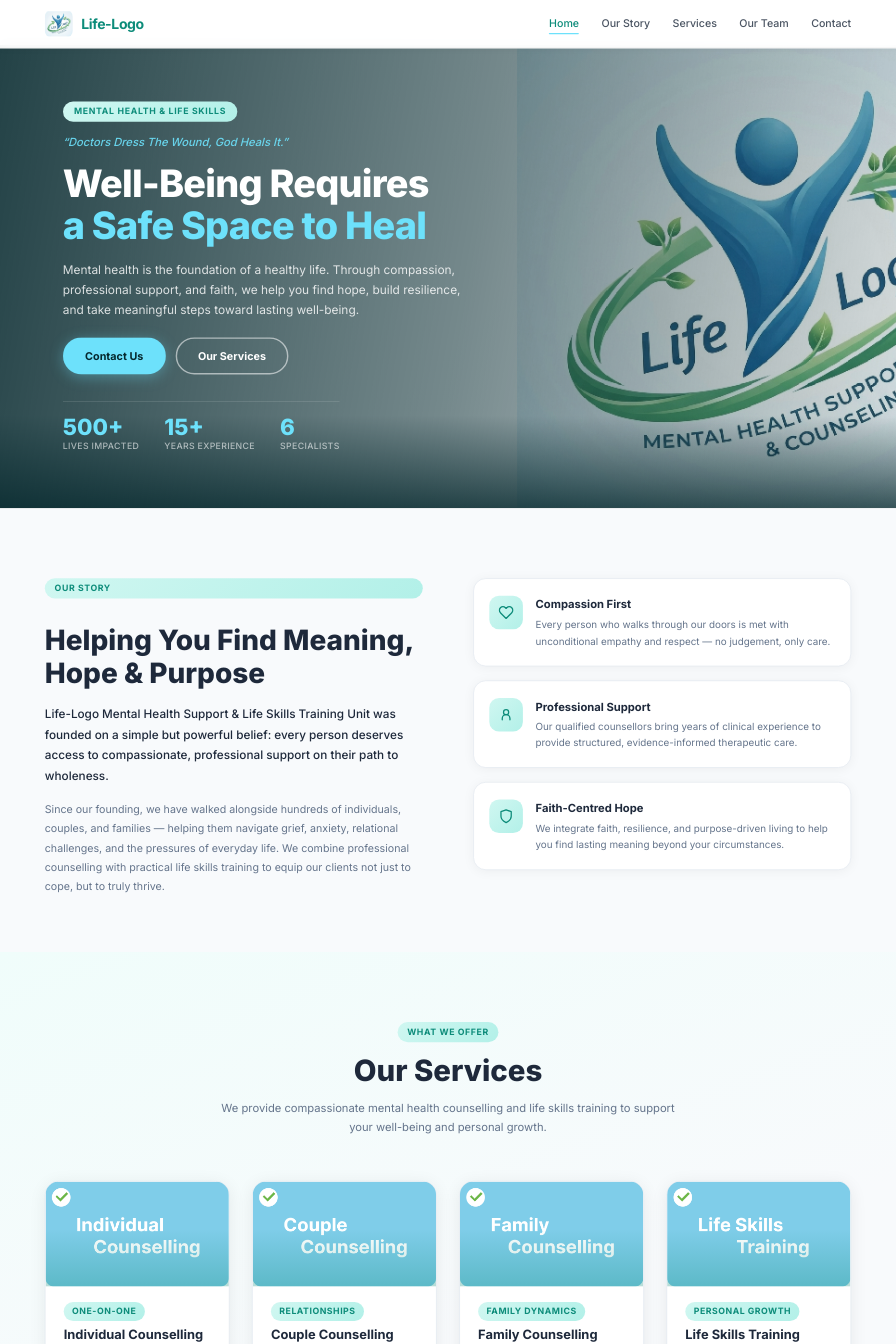
Repository: Tan47s/Lifelogo
Page: /
An editor plug-in stored every save of this project. The page is shown before and after the next save, followed by the edit.
The browser window is 1280 px wide. The pictures show the part of the page from y = 0 to 1920 px (the page is 5558 px tall), at 70% of full size.
The project was rebuilt for these pictures with package versions that can differ from the ones it lists, and the page was loaded fresh each time. Also part of the build but not shown: vite.config.js.

Above is the page before, as saved 2026-08-23 11:23:12.

### index.html
<!doctype html>
<html lang="en">
  <head>
    <meta charset="UTF-8" />
    <link rel="icon" type="image/svg+xml" href="/favicon.svg" />
    <meta name="viewport" content="width=device-width, initial-scale=1.0" />
    <title>Life-Logo | Mental Health Counselling &amp; Life Skills</title>
    <meta name="description" content="Life-Logo Mental Health Support &amp; Life Skills Training Unit — professional counselling, resilience coaching, and compassionate support to help you find meaning, hope, and purpose." />
    <meta property="og:title" content="Life-Logo | Mental Health Counselling &amp; Life Skills" />
    <meta property="og:description" content="Professional counselling and life skills training to support your well-being and personal growth." />
    <meta property="og:type" content="website" />
  </head>
  <body>
    <div id="root"></div>
    <script type="module" src="/src/main.jsx"></script>
  </body>
</html>

### src/main.jsx
import { StrictMode } from 'react'
import { createRoot } from 'react-dom/client'

import { App } from './App.jsx'


createRoot(document.getElementById('root')).render(
  <StrictMode>
    <App />
  </StrictMode>,
)

### src/App.jsx
import React from 'react'
import { Header } from './comp/Header'
import { Herocon } from './comp/Herocon'
import { Contents2 } from './comp/Contents2'
import { Service2 } from './comp/Service2'
import { Counsellors } from './comp/Counsellors'
import { Contact } from './comp/Contact'
import { Footer } from './comp/Footer'

export const App = () => {
  return (
    <div>
      <Header />

      {/* Hero — id: home (owned by Herocon's <section>) */}
      <Herocon />

      {/* Our Story — id: story (owned by Contents2's <section>) */}
      <Contents2 />

      {/* Services — id: services (declared inside Service2's <section>) */}
      <Service2 />

      {/* Our Team — id: team */}
      <Counsellors />

      {/* Contact — id: contact */}
      <Contact />

      {/* Footer */}
      <Footer />
    </div>
  )
}

### src/comp/Herocon.jsx
import './herocon.css'
import Hero from '../assets/hero3.jpg'

const stats = [
  { value: '500+', label: 'Lives Impacted' },
  { value: '15+', label: 'Years Experience' },
  { value: '6',   label: 'Specialists' },
]

export const Herocon = () => {
  const scrollTo = (id) => {
    const el = document.getElementById(id)
    if (el) el.scrollIntoView({ behavior: 'smooth' })
  }

  return (
    <section
      id="home"
      className="hero-section"
      style={{ backgroundImage: `url(${Hero})` }}
    >
      {/* layered overlay */}
      <div className="hero-overlay" />

      <div className="hero-content">
        {/* eyebrow badge */}
        <span className="hero-badge">Mental Health &amp; Life Skills</span>

        {/* quote */}
        <p className="hero-quote">
          &ldquo;Doctors Dress The Wound, God Heals It.&rdquo;
        </p>

        {/* headline */}
        <h1 className="hero-headline">
          Well-Being Requires<br />
          <span className="hero-headline-accent">a Safe Space to Heal</span>
        </h1>

        {/* sub-text */}
        <p className="hero-sub">
          Mental health is the foundation of a healthy life. Through compassion,
          professional support, and faith, we help you find hope, build
          resilience, and take meaningful steps toward lasting well-being.
        </p>

        {/* CTAs */}
        <div className="hero-ctas">
          <button
            id="hero-contact-btn"
            className="hero-btn hero-btn--primary"
            onClick={() => scrollTo('contact')}
          >
            Contact Us
          </button>
          <button
            id="hero-services-btn"
            className="hero-btn hero-btn--ghost"
            onClick={() => scrollTo('services')}
          >
            Our Services
          </button>
        </div>

        {/* Stats strip */}
        <div className="hero-stats">
          {stats.map((s, i) => (
            <div className="hero-stat" key={i}>
              <span className="hero-stat-value">{s.value}</span>
              <span className="hero-stat-label">{s.label}</span>
            </div>
          ))}
        </div>
      </div>
    </section>
  )
}

### src/comp/Service2.jsx
import React from 'react'
import ser1 from '../assets/ser1.png'
import ser2 from '../assets/ser2.png'
import ser3 from '../assets/ser3.png'
import ser4 from '../assets/ser4.png'
import './Service2.css'

const services = [
  {
    img: ser1,
    title: 'Individual Counselling',
    tag: 'One-on-One',
    desc: 'A private, confidential space where you can explore personal challenges, process emotions, and develop healthier coping strategies with the guidance of a qualified counsellor.',
  },
  {
    img: ser2,
    title: 'Couple Counselling',
    tag: 'Relationships',
    desc: 'Helping couples navigate conflict, rebuild trust, and strengthen communication so they can grow together in a healthy, supportive partnership.',
  },
  {
    img: ser3,
    title: 'Family Counselling',
    tag: 'Family Dynamics',
    desc: 'We work with families to address relational tensions, improve understanding, and foster a home environment rooted in compassion and mutual respect.',
  },
  {
    img: ser4,
    title: 'Life Skills Training',
    tag: 'Personal Growth',
    desc: 'Practical workshops and coaching sessions that equip you with tools for resilience, emotional regulation, goal-setting, and purposeful living.',
  },
]

export const Service2 = () => {
  return (
    <section id="services" className="services-section">
      {/* Section Header */}
      <div className="services-header">
        <span className="section-badge">What We Offer</span>
        <h2>Our Services</h2>
        <p className="services-subtitle">
          We provide compassionate mental health counselling and life skills
          training to support your well-being and personal growth.
        </p>
      </div>

      {/* Cards Grid */}
      <div className="services-grid">
        {services.map((s, i) => (
          <div className="service-card" key={i}>
            <div className="service-img-wrap">
              <img src={s.img} alt={s.title} className="service-img" />
              <div className="service-img-overlay" />
            </div>
            <div className="service-info">
              <span className="service-tag">{s.tag}</span>
              <h3>{s.title}</h3>
              <p>{s.desc}</p>
            </div>
          </div>
        ))}
      </div>
    </section>
  )
}

### src/comp/Footer.jsx
import React from 'react'
import './Footer.css'
import logo from '../assets/logo.png'

export const Footer = () => {
  const year = new Date().getFullYear()

  const scrollTo = (id) => {
    const el = document.getElementById(id)
    if (el) el.scrollIntoView({ behavior: 'smooth' })
  }

  return (
    <footer className="footer">
      <div className="footer-inner">

        {/* Brand Column */}
        <div className="footer-brand">
          <div className="footer-logo-row">
            <img src={logo} alt="Life-Logo" className="footer-logo" />
            <span className="footer-name">Life-Logo</span>
          </div>
          <p className="footer-tagline">
            Mental Health Support &amp; Life Skills Training Unit — helping
            people discover meaning, hope, and purpose.
          </p>
        </div>

        {/* Quick Links */}
        <div className="footer-col">
          <h4>Quick Links</h4>
          <ul>
            {[
              { label: 'Home',        id: 'home' },
              { label: 'Our Story',   id: 'story' },
              { label: 'Services',    id: 'services' },
              { label: 'Our Team',    id: 'team' },
              { label: 'Contact',     id: 'contact' },
            ].map((l) => (
              <li key={l.id}>
                <button onClick={() => scrollTo(l.id)} className="footer-link">
                  {l.label}
                </button>
              </li>
            ))}
          </ul>
        </div>

        {/* Contact Column */}
        <div className="footer-col">
          <h4>Contact</h4>
          <ul className="footer-contact-list">
            <li>
              <span className="fc-icon">📍</span>
              House-19, Road-14, Sector-13, Uttara, Dhaka-1230, Bangladesh.
            </li>
            <li>
              <span className="fc-icon">📞</span>
              <a href="tel:+8801616190907">+8801616190907</a>
            </li>
            <li>
              <span className="fc-icon">✉️</span>
              <a href="mailto:lifelogo111@gmail.com">lifelogo111@gmail.com</a>
            </li>
            <li>
              <span className="fc-icon">💬</span>
              <a href="https://wa.me/233244567890" target="_blank" rel="noopener noreferrer">
                WhatsApp Us
              </a>
            </li>
          </ul>
        </div>

      </div>

      {/* Bottom Bar */}
      <div className="footer-bottom">
        <p>&copy; {year} Life-Logo Mental Health &amp; Life Skills. All rights reserved.</p>
        <p className="footer-note">Built with compassion 💚</p>
      </div>
    </footer>
  )
}

### src/Index.css

@import url('https://fonts.googleapis.com/css2?family=Inter:wght@100..900&display=swap');

:root {
  /* Brand */
  --primary: #6de1fb;        /* Teal from header */
  --primary-light: #02ff78;


  /* Logo greens */
  --green: #22C55E;
  --green-light: #DCFCE7;

  /* Blue accent */
  --blue: #38BDF8;
  --blue-light: #E0F2FE;

  /* Backgrounds */
  --background: #F8FAFC;
  --surface: #FFFFFF;

  /* Text */
  --text: #1E293B;
  --text-muted: #64748B;

  /* Borders */
  --border: #E2E8F0;
}

* {
  margin: 0;
  padding: 0;
  box-sizing: border-box;
  font-family: "Inter", sans-serif;
}

h1{
    font-weight: 800;
}

p{
    font-weight: 400;
}

### src/comp/herocon.css
/* ============================================================
   HERO SECTION
   ============================================================ */

.hero-section {
  position: relative;
  margin-top: 64px;           /* clears fixed header */
  width: 100%;
  min-height: 92vh;
  background-size: cover;
  background-position: center top;
  background-repeat: no-repeat;
  display: flex;
  align-items: flex-end;      /* content sits in lower half */
  padding: 0 7% 80px;
  box-sizing: border-box;
  overflow: hidden;
}

/* ---- Multi-layer overlay ---- */
.hero-overlay {
  position: absolute;
  inset: 0;
  /* left-to-right: dark teal → transparent, plus bottom vignette */
  background:
    linear-gradient(100deg, rgba(5, 40, 45, 0.88) 0%, rgba(5, 40, 45, 0.55) 52%, rgba(5, 40, 45, 0.15) 100%),
    linear-gradient(to top, rgba(5, 40, 45, 0.75) 0%, transparent 20%);
  pointer-events: none;
}

/* ---- Content column ---- */
.hero-content {
  position: relative;
  z-index: 2;
  display: flex;
  flex-direction: column;
  align-items: flex-start;
  gap: 18px;
  max-width: 680px;
}

/* ---- Eyebrow badge ---- */
.hero-badge {
  display: inline-block;
  background: linear-gradient(135deg, #d0f7f1, #b2f0e8);
  color: #0d8c7a;
  font-size: 0.78rem;
  font-weight: 700;
  letter-spacing: 0.08em;
  text-transform: uppercase;
  padding: 5px 16px;
  border-radius: 999px;
}

/* ---- Quote ---- */
.hero-quote {
  font-size: clamp(13px, 1.4vw, 16px);
  color: rgba(109, 225, 251, 0.9);
  font-style: italic;
  font-weight: 500;
  margin: 0;
  line-height: 1.4;
}

/* ---- Headline ---- */
.hero-headline {
  font-size: clamp(30px, 5vw, 54px);
  font-weight: 800;
  color: #ffffff;
  line-height: 1.12;
  margin: 0;
  letter-spacing: -0.02em;
}

.hero-headline-accent {
  color: var(--primary);      /* teal #6de1fb */
}

/* ---- Sub-text ---- */
.hero-sub {
  font-size: clamp(14px, 1.4vw, 17px);
  color: rgba(255, 255, 255, 0.82);
  line-height: 1.7;
  margin: 0;
  max-width: 580px;
}

/* ---- CTAs ---- */
.hero-ctas {
  display: flex;
  flex-wrap: wrap;
  gap: 14px;
  margin-top: 6px;
}

.hero-btn {
  padding: 13px 30px;
  border-radius: 999px;
  font-size: clamp(14px, 1.2vw, 16px);
  font-weight: 700;
  cursor: pointer;
  font-family: inherit;
  transition: transform 0.2s ease, box-shadow 0.2s ease, background 0.2s ease;
  border: 2px solid transparent;
}

.hero-btn--primary {
  background: var(--primary);
  color: #05282d;
  box-shadow: 0 4px 20px rgba(109, 225, 251, 0.35);
}

.hero-btn--primary:hover {
  transform: translateY(-3px);
  box-shadow: 0 8px 30px rgba(109, 225, 251, 0.5);
}

.hero-btn--ghost {
  background: transparent;
  color: #ffffff;
  border-color: rgba(255, 255, 255, 0.55);
}

.hero-btn--ghost:hover {
  background: rgba(255, 255, 255, 0.1);
  border-color: #ffffff;
  transform: translateY(-3px);
}

/* ---- Stats strip ---- */
.hero-stats {
  display: flex;
  gap: 36px;
  margin-top: 20px;
  padding-top: 20px;
  border-top: 1px solid rgba(255, 255, 255, 0.15);
  flex-wrap: wrap;
}

.hero-stat {
  display: flex;
  flex-direction: column;
  gap: 2px;
}

.hero-stat-value {
  font-size: clamp(22px, 3vw, 32px);
  font-weight: 800;
  color: var(--primary);
  line-height: 1;
}

.hero-stat-label {
  font-size: 0.78rem;
  color: rgba(255, 255, 255, 0.6);
  font-weight: 500;
  letter-spacing: 0.04em;
  text-transform: uppercase;
}

/* ---- Responsive ---- */
@media (max-width: 768px) {
  .hero-section {
    padding: 0 6% 60px;
    min-height: 100vh;
    align-items: flex-end;
  }

  .hero-content {
    max-width: 100%;
  }

  .hero-ctas {
    width: 100%;
  }

  .hero-btn {
    flex: 1 1 140px;
    text-align: center;
  }

  .hero-stats {
    gap: 24px;
  }
}

### src/comp/Contents2.css
/* ============================================================
   OUR STORY SECTION
   ============================================================ */

.story-section {
  padding: 100px 5% 80px;
  background: var(--background);   /* #F8FAFC — same as Counsellors */
}

/* ---- Two-column inner wrapper ---- */
.story-inner {
  display: grid;
  grid-template-columns: 1fr 1fr;
  gap: 72px;
  max-width: 1200px;
  margin: 0 auto;
  align-items: start;
}

/* ========== LEFT: text column ========== */
.story-text {
  display: flex;
  flex-direction: column;
  gap: 20px;
}

.story-text h2 {
  font-size: clamp(26px, 3.5vw, 40px);
  font-weight: 800;
  color: var(--text);
  line-height: 1.18;
  margin: 0;
}

.story-lead {
  font-size: 1.05rem;
  color: var(--text);
  font-weight: 500;
  line-height: 1.75;
  margin: 0;
}

.story-body {
  font-size: 0.95rem;
  color: var(--text-muted);
  line-height: 1.8;
  margin: 0;
}

/* ========== RIGHT: pillars column ========== */
.story-pillars {
  display: flex;
  flex-direction: column;
  gap: 20px;
}

/* ---- Single pillar card ---- */
.story-pillar {
  display: flex;
  align-items: flex-start;
  gap: 18px;
  background: var(--surface);
  border: 1px solid var(--border);
  border-radius: 18px;
  padding: 24px 22px;
  box-shadow: 0 2px 16px rgba(0, 0, 0, 0.05);
  transition: transform 0.25s ease, box-shadow 0.25s ease;
}

.story-pillar:hover {
  transform: translateY(-4px);
  box-shadow: 0 8px 32px rgba(109, 225, 251, 0.18);
}

/* ---- Icon bubble ---- */
.pillar-icon {
  flex-shrink: 0;
  width: 48px;
  height: 48px;
  border-radius: 14px;
  background: linear-gradient(135deg, #d0f7f1, #b2f0e8);
  display: flex;
  align-items: center;
  justify-content: center;
  color: #0d8c7a;
}

.pillar-icon svg {
  width: 22px;
  height: 22px;
}

/* ---- Pillar text ---- */
.pillar-body {
  display: flex;
  flex-direction: column;
  gap: 5px;
}

.pillar-body h4 {
  font-size: 1rem;
  font-weight: 700;
  color: var(--text);
  margin: 0;
}

.pillar-body p {
  font-size: 0.88rem;
  color: var(--text-muted);
  line-height: 1.65;
  margin: 0;
}

/* ---- Responsive ---- */
@media (max-width: 860px) {
  .story-inner {
    grid-template-columns: 1fr;
    gap: 48px;
  }
}

@media (max-width: 640px) {
  .story-section {
    padding: 70px 5% 60px;
  }
}

### src/comp/Service2.css
/* ============================================================
   SERVICES SECTION  —  mirrors Counsellors card style
   ============================================================ */

.services-section {
  padding: 100px 5% 80px;
  background: linear-gradient(160deg, #f0fdfb 0%, #f8fafc 60%);
}

/* --- Header --- */
.services-header {
  text-align: center;
  max-width: 660px;
  margin: 0 auto 64px;
}

.services-header h2 {
  font-size: clamp(28px, 4vw, 42px);
  font-weight: 800;
  color: var(--text);
  margin-bottom: 16px;
  line-height: 1.15;
}

.services-subtitle {
  font-size: 1rem;
  color: var(--text-muted);
  line-height: 1.7;
}

/* --- Grid --- */
.services-grid {
  display: grid;
  grid-template-columns: repeat(auto-fit, minmax(260px, 1fr));
  gap: 32px;
  max-width: 1200px;
  margin: 0 auto;
}

/* --- Card --- */
.service-card {
  background: var(--surface);
  border-radius: 20px;
  overflow: hidden;
  box-shadow: 0 4px 24px rgba(0, 0, 0, 0.07);
  border: 1px solid var(--border);
  transition: transform 0.3s ease, box-shadow 0.3s ease;
}

.service-card:hover {
  transform: translateY(-8px);
  box-shadow: 0 12px 40px rgba(109, 225, 251, 0.25);
}

/* --- Image wrapper --- */
.service-img-wrap {
  position: relative;
  width: 100%;
  height: 150px;
  overflow: hidden;
}

.service-img {
  width: 100%;
  height: 100%;
  object-fit: cover;
  object-position: center;
  transition: transform 0.4s ease;
}

.service-card:hover .service-img {
  transform: scale(1.05);
}

.service-img-overlay {
  position: absolute;
  inset: 0;
  background: linear-gradient(to top, rgba(13, 140, 122, 0.3) 0%, transparent 55%);
  pointer-events: none;
}

/* --- Info block --- */
.service-info {
  padding: 22px 26px 28px;
  display: flex;
  flex-direction: column;
  gap: 8px;
}

.service-tag {
  display: inline-block;
  background: linear-gradient(135deg, #d0f7f1, #b2f0e8);
  color: #0d8c7a;
  font-size: 0.78rem;
  font-weight: 700;
  letter-spacing: 0.06em;
  text-transform: uppercase;
  padding: 4px 12px;
  border-radius: 999px;
  align-self: flex-start;
}

.service-info h3 {
  font-size: 1.15rem;
  font-weight: 700;
  color: var(--text);
  margin: 0;
  line-height: 1.3;
}

.service-info p {
  font-size: 0.9rem;
  color: var(--text-muted);
  line-height: 1.75;
  margin: 0;
}

/* --- Responsive --- */
@media (max-width: 640px) {
  .services-section {
    padding: 70px 5% 60px;
  }

  .services-grid {
    grid-template-columns: 1fr;
  }
}

### src/comp/Footer.css
/* ============================================================
   FOOTER
   ============================================================ */

.footer {
  background: linear-gradient(135deg, #0f2027, #203a43, #2c5364);
  color: rgba(255, 255, 255, 0.85);
  padding-top: 64px;
}

.footer-inner {
  max-width: 1100px;
  margin: 0 auto;
  padding: 0 5% 48px;
  display: grid;
  grid-template-columns: 1.6fr 1fr 1.2fr;
  gap: 48px;
}

/* --- Brand Column --- */
.footer-brand {}

.footer-logo-row {
  display: flex;
  align-items: center;
  gap: 12px;
  margin-bottom: 16px;
}

.footer-logo {
  width: 44px;
  height: 44px;
  object-fit: contain;
  border-radius: 10px;
  background: white;
  padding: 3px;
}

.footer-name {
  font-size: 1.3rem;
  font-weight: 800;
  color: var(--primary);
  letter-spacing: -0.02em;
}

.footer-tagline {
  font-size: 0.9rem;
  line-height: 1.7;
  color: rgba(255, 255, 255, 0.6);
  max-width: 300px;
}

/* --- Columns --- */
.footer-col h4 {
  font-size: 0.8rem;
  font-weight: 700;
  letter-spacing: 0.1em;
  text-transform: uppercase;
  color: var(--primary);
  margin-bottom: 18px;
}

.footer-col ul {
  list-style: none;
  padding: 0;
  margin: 0;
  display: flex;
  flex-direction: column;
  gap: 10px;
}

/* Quick links */
.footer-link {
  background: none;
  border: none;
  padding: 0;
  cursor: pointer;
  font-size: 0.9rem;
  color: rgba(255, 255, 255, 0.7);
  text-align: left;
  transition: color 0.2s ease;
  font-family: inherit;
}

.footer-link:hover {
  color: var(--primary);
}

/* Contact list */
.footer-contact-list li {
  display: flex;
  align-items: flex-start;
  gap: 10px;
  font-size: 0.88rem;
  color: rgba(255, 255, 255, 0.7);
  line-height: 1.55;
}

.footer-contact-list a {
  color: rgba(255, 255, 255, 0.7);
  text-decoration: none;
  transition: color 0.2s ease;
}

.footer-contact-list a:hover {
  color: var(--primary);
}

.fc-icon {
  flex-shrink: 0;
  font-size: 1rem;
  margin-top: 1px;
}

/* --- Bottom Bar --- */
.footer-bottom {
  border-top: 1px solid rgba(255, 255, 255, 0.1);
  padding: 20px 5%;
  display: flex;
  align-items: center;
  justify-content: space-between;
  max-width: 100%;
}

.footer-bottom p {
  font-size: 0.82rem;
  color: rgba(255, 255, 255, 0.45);
  margin: 0;
}

.footer-note {
  font-size: 0.82rem;
  color: rgba(255, 255, 255, 0.45);
}

/* --- Responsive --- */
@media (max-width: 860px) {
  .footer-inner {
    grid-template-columns: 1fr 1fr;
  }
  .footer-brand {
    grid-column: span 2;
  }
}

@media (max-width: 540px) {
  .footer-inner {
    grid-template-columns: 1fr;
  }
  .footer-brand {
    grid-column: span 1;
  }
  .footer-bottom {
    flex-direction: column;
    gap: 6px;
    text-align: center;
  }
}

Loaded but not shown: src/comp/Contact.jsx (114 lines, source omitted); src/comp/Counsellors.jsx (101 lines, source omitted); src/App.css (221 lines, source omitted); src/comp/Contact.css (202 lines, source omitted); src/comp/Header.jsx (102 lines, source omitted); src/comp/Contents2.jsx (74 lines, source omitted); src/comp/Counsellors.css (141 lines, source omitted)

After the next save:
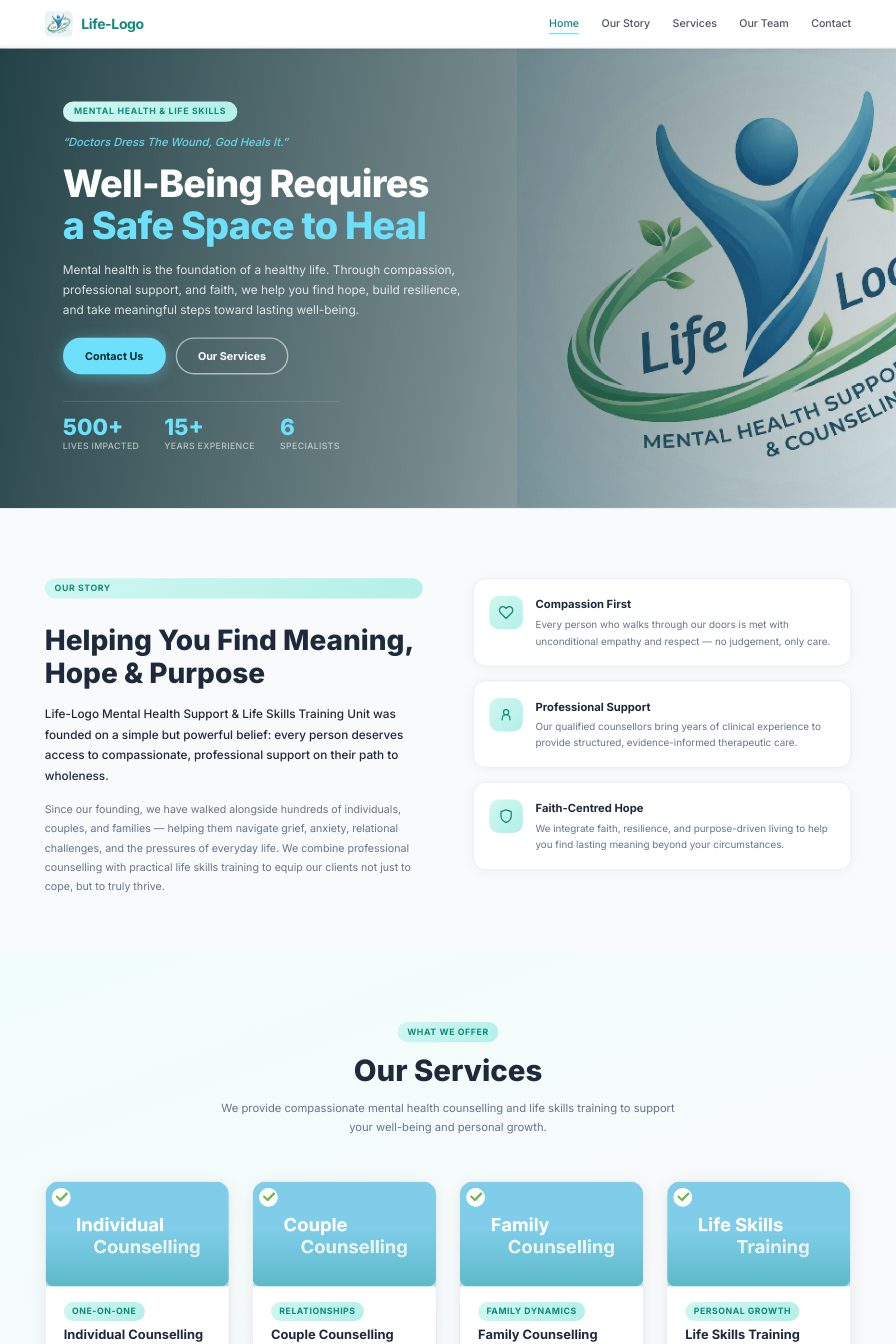
Saved 5 s later.
--- a/src/comp/herocon.css
+++ b/src/comp/herocon.css
@@ -24,7 +24,7 @@
   /* left-to-right: dark teal → transparent, plus bottom vignette */
   background:
     linear-gradient(100deg, rgba(5, 40, 45, 0.88) 0%, rgba(5, 40, 45, 0.55) 52%, rgba(5, 40, 45, 0.15) 100%),
-    linear-gradient(to top, rgba(5, 40, 45, 0.75) 0%, transparent 20%);
+    linear-gradient(to top, rgba(5, 40, 45, 0.75) 0%, transparent 0%);
   pointer-events: none;
 }
 
